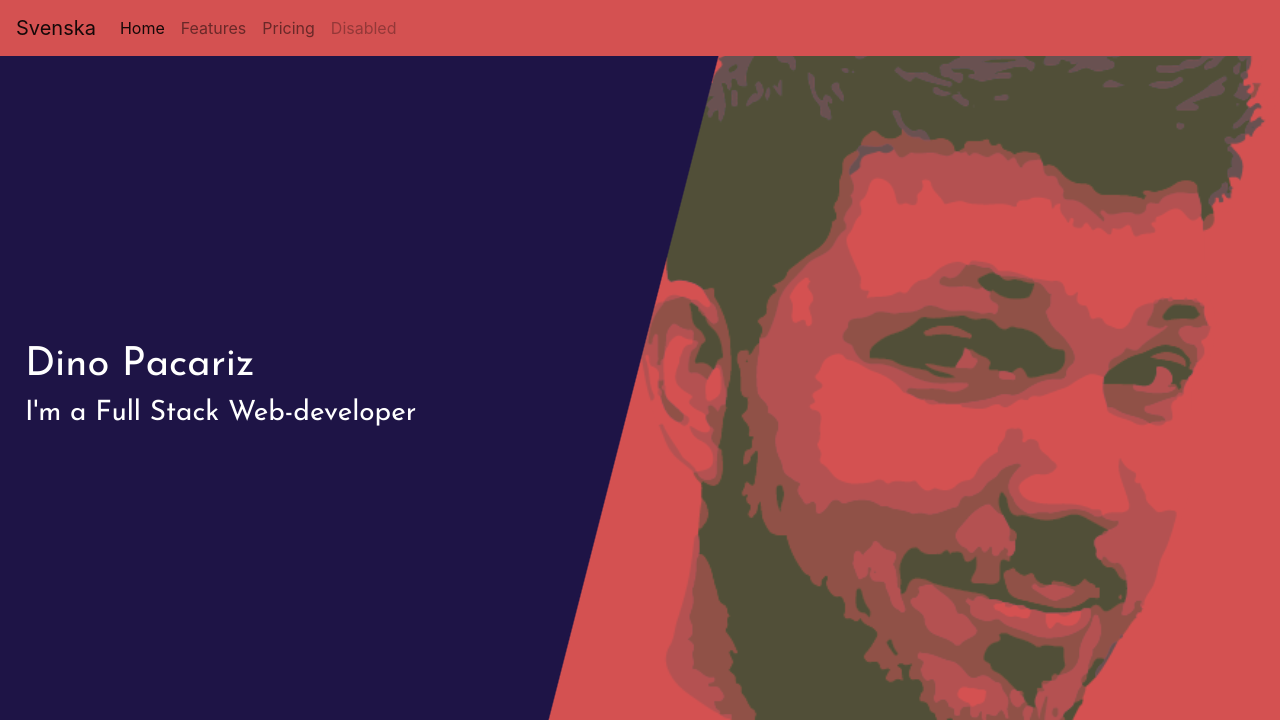
Repository: ImDino/Portfolio
Page: index.html
The author's editor kept a copy of each file at every save. The page is drawn from the files as they stood at one save, then again after the next save.
The browser window is 1280 px wide. The pictures show the whole page.
Some web libraries are served in a nearby version. The style sheet was rebuilt from its Sass, Less or Tailwind sources for each picture, by a compiler version that may differ from the author's.

Above is the page before, as saved 2020-11-04 12:47:50.

### index.html
<!DOCTYPE html>
<html lang="en">
<head>
    <meta charset="UTF-8">
    <meta name="viewport" content="width=device-width, initial-scale=1.0">
    <link rel="stylesheet" href="https://cdn.jsdelivr.net/npm/bootstrap@4.5.3/dist/css/bootstrap.min.css" integrity="sha384-TX8t27EcRE3e/ihU7zmQxVncDAy5uIKz4rEkgIXeMed4M0jlfIDPvg6uqKI2xXr2" crossorigin="anonymous">
    <link href="https://fonts.googleapis.com/css2?family=Josefin+Sans&display=swap" rel="stylesheet">

    <script src="https://code.jquery.com/jquery-3.5.1.slim.min.js" integrity="sha384-DfXdz2htPH0lsSSs5nCTpuj/zy4C+OGpamoFVy38MVBnE+IbbVYUew+OrCXaRkfj" crossorigin="anonymous"></script>
    <script src="https://cdn.jsdelivr.net/npm/bootstrap@4.5.3/dist/js/bootstrap.bundle.min.js" integrity="sha384-ho+j7jyWK8fNQe+A12Hb8AhRq26LrZ/JpcUGGOn+Y7RsweNrtN/tE3MoK7ZeZDyx" crossorigin="anonymous"></script>
    <script src="https://cdnjs.cloudflare.com/ajax/libs/gsap/3.5.1/gsap.min.js"></script>
    <script src="/js/main.js"></script>


    <link rel="stylesheet" href="css/main.css">
    <title>Dino's Portfolio</title>
</head>
<body>
    <div id='pseudo-div'></div>
    <nav class="navbar navbar-expand-lg navbar-light bg-light">
        <!-- <a class="navbar-brand" href="#">Navbar</a> -->
        <a class="navbar-brand" id='lang' href="#">Svenska</a>
        <button class="navbar-toggler" type="button" data-toggle="collapse" data-target="#navbarNav" aria-controls="navbarNav" aria-expanded="false" aria-label="Toggle navigation">
          <span class="navbar-toggler-icon"></span>
        </button>
        <div class="collapse navbar-collapse" id="navbarNav">
          <ul class="navbar-nav">
            <li class="nav-item active">
              <a class="nav-link" href="#">Home <span class="sr-only">(current)</span></a>
            </li>
            <li class="nav-item">
              <a class="nav-link" href="#">Features</a>
            </li>
            <li class="nav-item">
              <a class="nav-link" href="#">Pricing</a>
            </li>
            <li class="nav-item">
              <a class="nav-link disabled" href="#" tabindex="-1" aria-disabled="true">Disabled</a>
            </li>
          </ul>
        </div>
    </nav>
    <div id='purple-div'>
        <h1>Dino Pacariz</h1>
        <h3>I'm a Full Stack Web-developer</h3>
    </div>
    <div id='face'>
    </div>
</body>
</html>

### js/main.js
document.addEventListener('DOMContentLoaded', () => {
    gsap.from("#purple-div", {duration: 1, x: -1000});
    gsap.from("#face", {duration: 1, opacity: 0});
    gsap.from("#face", {clearProps: 'all', duration: 1, x:100});
    TweenLite.from('#face', {y:20, ease:Linear.easeNone});





    // localStorage.clear()

    /*:::::::START:::::::::
    ::: Refresh Counter :::
    :::::::::::::::::::::*/

    if(localStorage.getItem('refreshCount') == null) {
        localStorage.setItem('refreshCount', 1);
    } else {
        let  localRefreshCount = localStorage.getItem('refreshCount')
        localRefreshCount++;
        localStorage.setItem('refreshCount', localRefreshCount);
    }
    if (parseInt(localStorage.getItem('refreshCount')) > 10) {
        localStorage.setItem('refreshCount', 1);
    }
    console.log('RefreshCount: '+localStorage.getItem('refreshCount'))


    /*::::::::END::::::::::
    ::: Refresh Counter :::
    :::::::::::::::::::::*/
})

### scss/main.scss


body {
    background-color: #D45151;
    color: white;
}

#pseudo-div {
    width: 100%;
    background-color: red;
}

.navbar {
    background-color: #D45151 !important;
    color: white;
}

#purple-div {
    padding-top: 60px;
    position: absolute;
    top: 0;
    bottom: 0;
    left: 0;
    right: 0;
    z-index: -1;
    background: linear-gradient(104.35deg, #1E1446 50%, rgba(255, 255, 255, 0) 50.1%);
    display: grid;
    place-content: center left;

    h1, h3 {
        margin-left: 25px;
        font-family: 'Josefin Sans', sans-serif;

    }
}

#face {
    position: fixed;
    top: 0;
    bottom: 0;
    left: 0;
    right: 0;

    background: url('/img/vectorFace.png') no-repeat;
    background-color: #D45151;
    z-index: -2;
    background-blend-mode: darken;
    background-size: 50%;
    background-position: right;
}



/* //TODO
1. Darkmode, ställa in särskilda färger IFALL man är i darkmode? UX baby.

*/

After the next save:
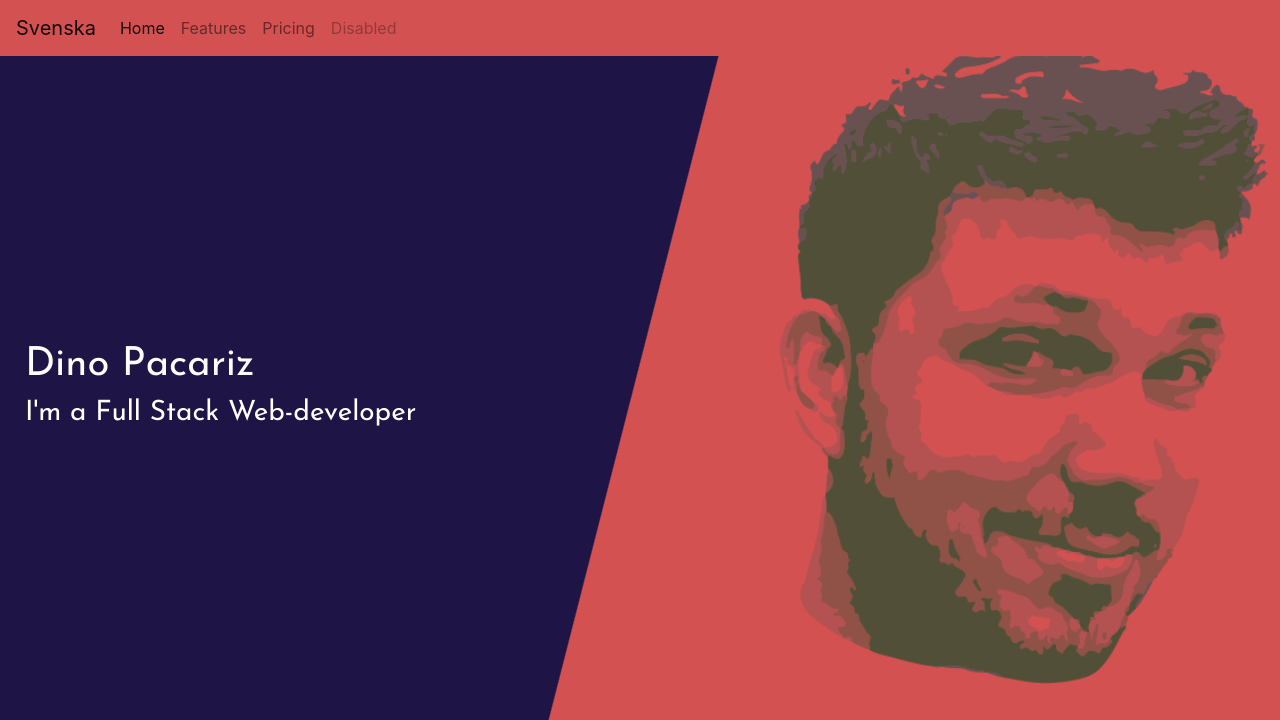
Saved 27 s later.
--- a/scss/main.scss
+++ b/scss/main.scss
@@ -45,7 +45,7 @@ body {
     background-color: #D45151;
     z-index: -2;
     background-blend-mode: darken;
-    background-size: 50%;
+    background-size: 500px;
     background-position: right;
 }
 
